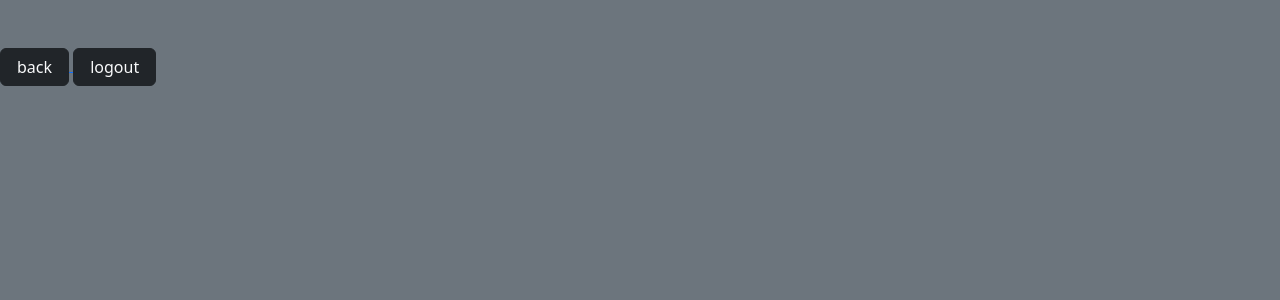
Repository: AvinashLikesToLearnNewStuff/VotingSite
Page: http://localhost/partials/dashboard.php
These files come from the project's save history. The page is drawn as it stood at one moment and after the next save; the edit follows.
The browser window is 1280 px wide. The pictures show the whole page.
The page is run by PHP 8.4 with error messages shown; the project is at /var/www/html/. The session is filled in as if someone had signed in: {"groups": 1, "id": 1, "status": 1, "data": {"id": 1, "_id": "000000000000000000000001", "name": "Test User", "username": "testuser", "email": "test@example.com", "role": "admin"}}.

Above is the page before, as saved 2023-03-10 19:26:42.

After the next save:
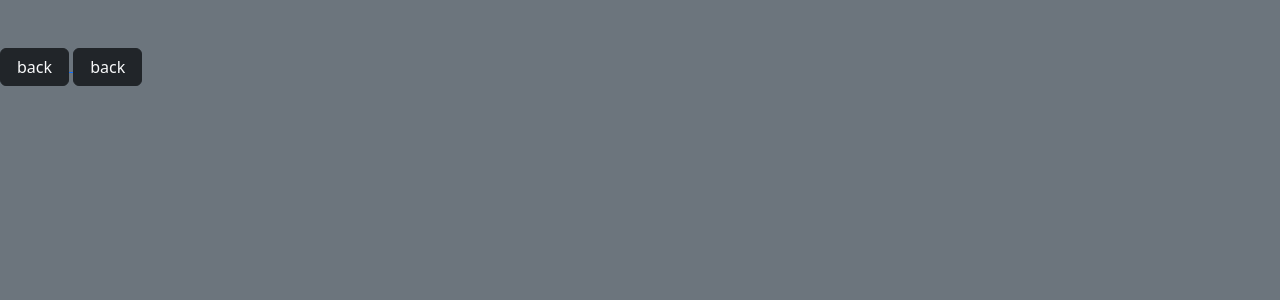
Saved 57 s later.
--- a/partials/dashboard.php
+++ b/partials/dashboard.php
@@ -15,9 +15,13 @@
 
     <a href="../">
         <button class="btn btn-dark text-light px-3">back</button>
-        <button class="btn btn-dark text-light px-3">logout</button>
     </a>
 
+    <a href="../">
+
+
+        <button class="btn btn-dark text-light px-3">back</button>
+    </a>
 
     </div>
 </body>
